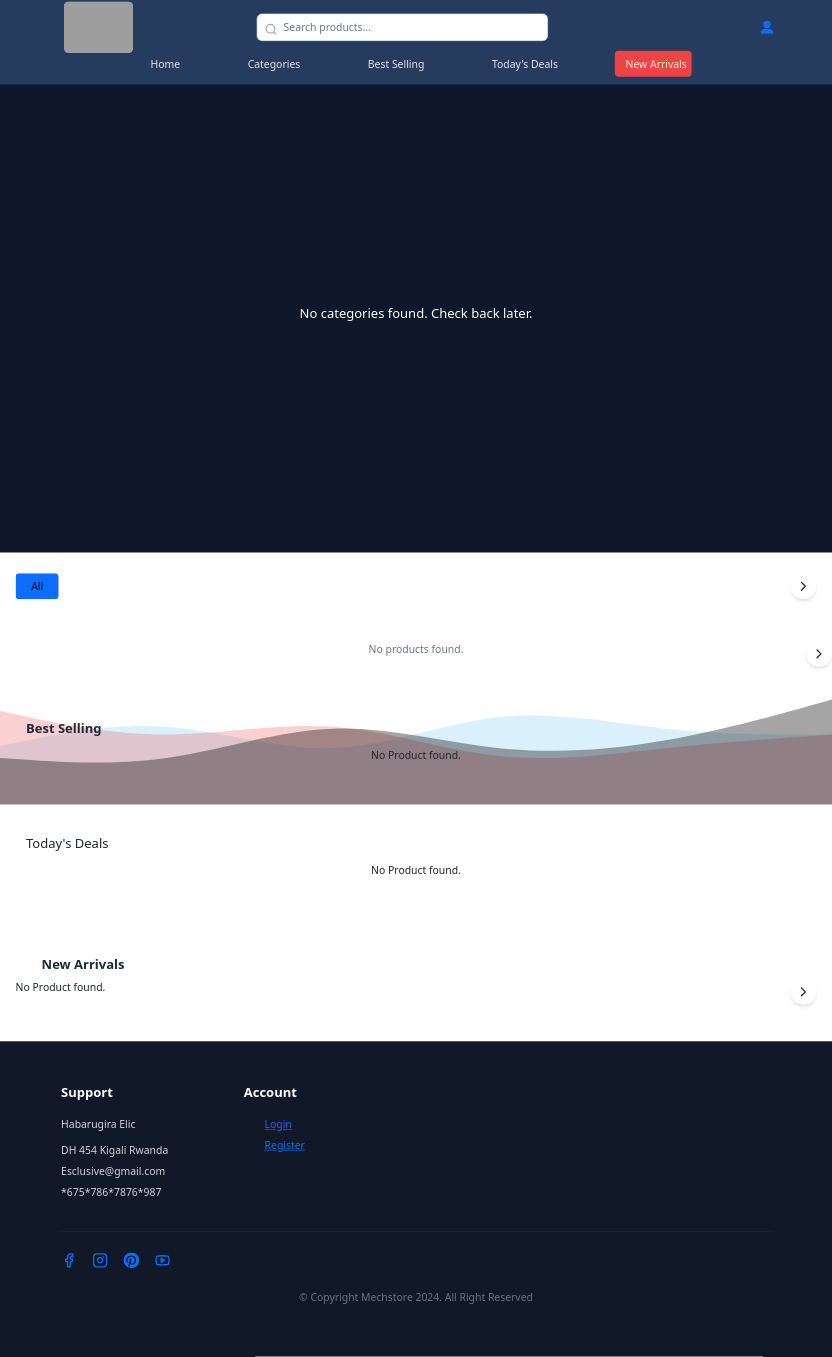
Repository: magicdeveloper250/future
Page: / (app in frontend/)
An editor plug-in stored every save of this project. The page is shown before and after the next save, followed by the edit.
The browser window is 1280 px wide. The pictures show the whole page, at 65% of full size.
Pictures or frames that could not be fetched are drawn as grey boxes. The page's requests for data from a server got no answer. The project was rebuilt for these pictures with package versions that can differ from the ones it lists, and the page was loaded fresh each time. No one was signed in, and anything a server would have sent is missing. Also part of the build but not shown: frontend/vite.config.js, frontend/src/hooks/useUser.js, frontend/src/components/Sidebar.jsx, frontend/src/components/Header.jsx, frontend/src/pages/DashboardPage.jsx, frontend/src/pages/ProductPage.jsx, frontend/src/components/ProductT.jsx, frontend/src/components/Card.jsx and 18 more.

Above is the page before, as saved 2025-03-26 15:46:39.

After the next save:
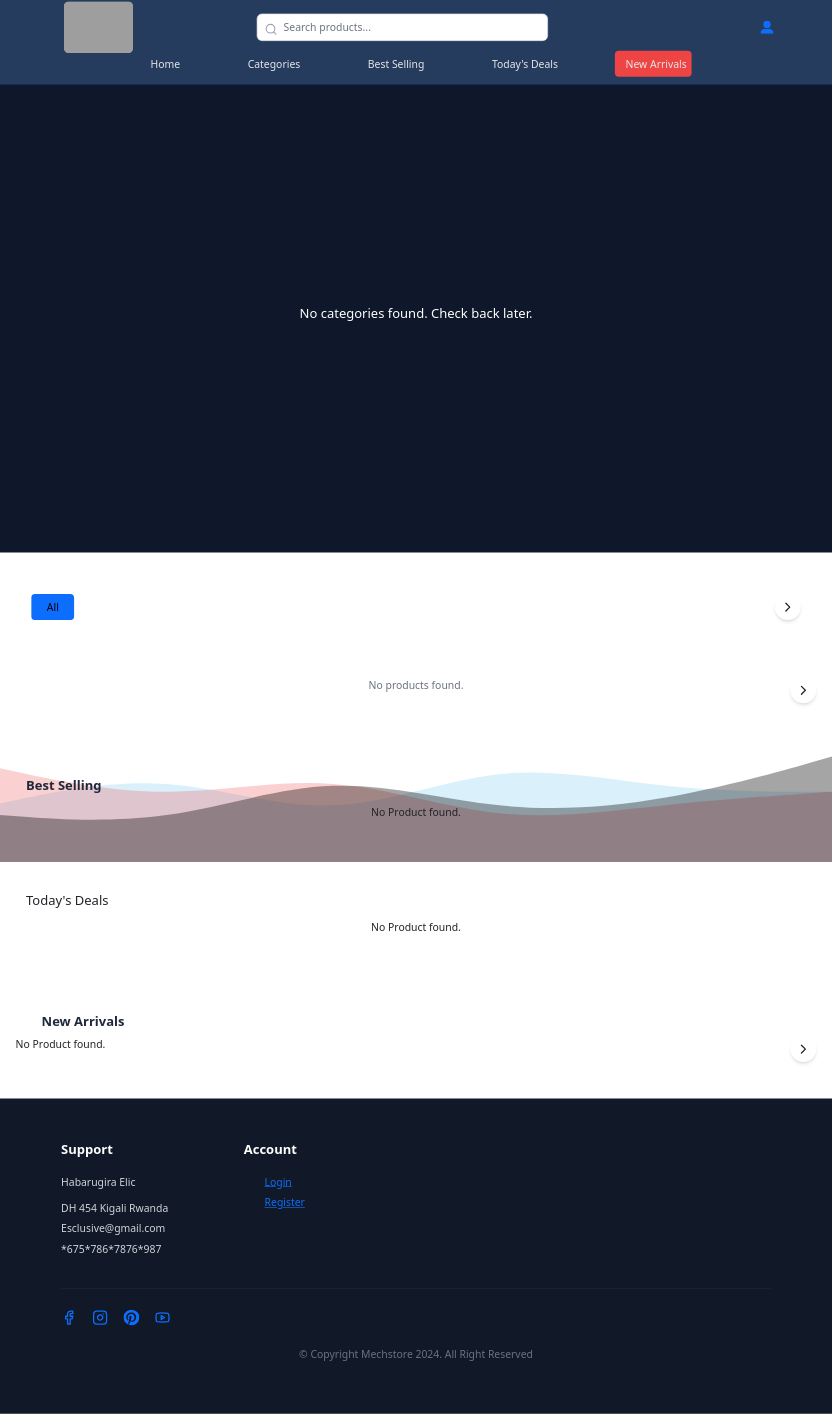
Saved 7 s later.
--- a/frontend/src/components/Categories/Categories.jsx
+++ b/frontend/src/components/Categories/Categories.jsx
@@ -69,8 +69,8 @@ const Categories = () => {
   }, []);
 
   return (
-    <div className="w-full">
-      <div className="flex flex-wrap gap-1 items-center justify-between ">
+    <div className="w-full px-4 py-8">
+      <div className="flex flex-wrap gap-1 items-center justify-between mb-6">
         <CategoriesScroller categories={categoryTypes} onSelectCategory={setSelectedFilter}/>
       </div>
 
